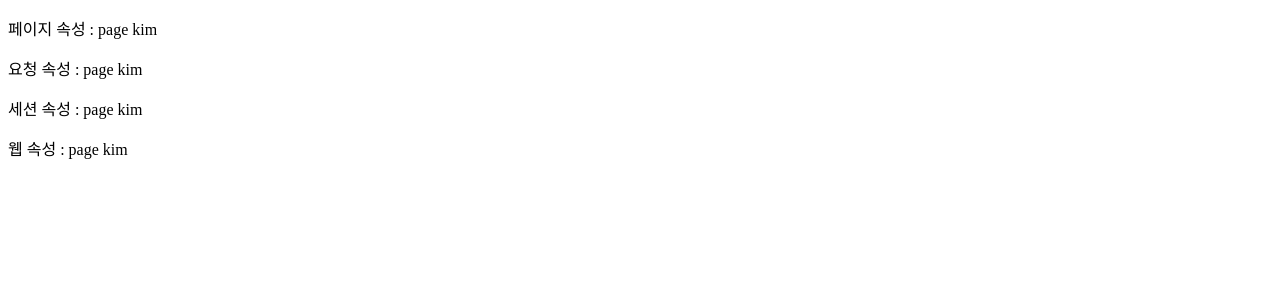
Repository: s00ngle/SSAFY-BE
Page: http://localhost/basic_jsp/FirstScope.jsp
These files come from the project's save history. The page is drawn as it stood at one moment and after the next save; the edit follows.
The browser window is 1280 px wide. The pictures show the whole page.
The page is served by Tomcat 10. Other server files are loaded and not shown.

Above is the page before, as saved 2024-09-24 02:56:12.

### basic_jsp/src/main/webapp/FirstScope.jsp
<%@ page language="java" contentType="text/html; charset=UTF-8"
    pageEncoding="UTF-8"%>
<!DOCTYPE html>
<html>
<head>
<meta charset="UTF-8">
<title>FirstScope</title>
</head>
<body>
	<%
		pageContext.setAttribute("name", "page kim");
		request.setAttribute("name", "request kim");
		session.setAttribute("name", "session kim");
		application.setAttribute("name", "application kim");
	%>
	<p>페이지 속성 : <%= pageContext.getAttribute("name") %> </p>
	<p>요청 속성 : <%= pageContext.getAttribute("name") %> </p>
	<p>세션 속성 : <%= pageContext.getAttribute("name") %> </p>
	<p>웹 속성 : <%= pageContext.getAttribute("name") %> </p>
</body>
</html>

After the next save:
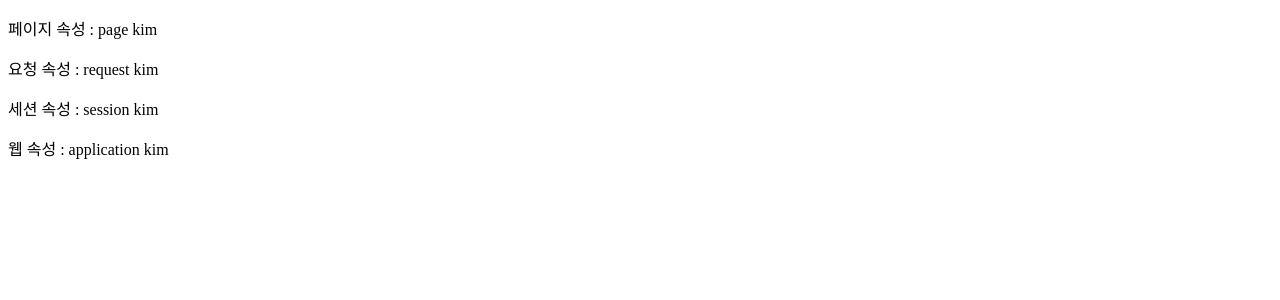
Saved 11 s later.
--- a/basic_jsp/src/main/webapp/FirstScope.jsp
+++ b/basic_jsp/src/main/webapp/FirstScope.jsp
@@ -14,8 +14,8 @@
 		application.setAttribute("name", "application kim");
 	%>
 	<p>페이지 속성 : <%= pageContext.getAttribute("name") %> </p>
-	<p>요청 속성 : <%= pageContext.getAttribute("name") %> </p>
-	<p>세션 속성 : <%= pageContext.getAttribute("name") %> </p>
-	<p>웹 속성 : <%= pageContext.getAttribute("name") %> </p>
+	<p>요청 속성 : <%= request.getAttribute("name") %> </p>
+	<p>세션 속성 : <%= session.getAttribute("name") %> </p>
+	<p>웹 속성 : <%= application.getAttribute("name") %> </p>
 </body>
 </html>
